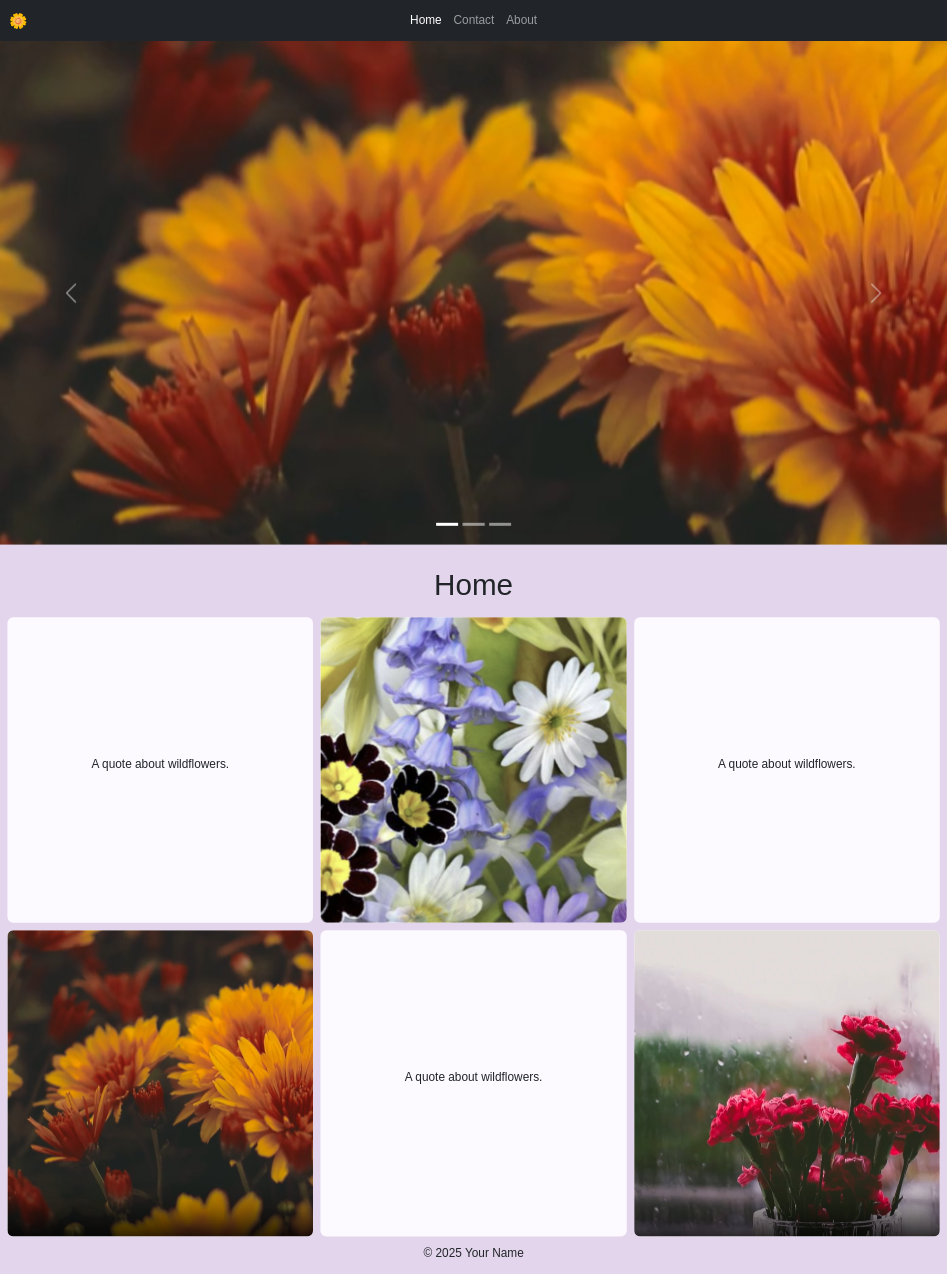
Repository: Brittany-Westlund/WebDesign
Page: FinalProject/index.html
An editor plug-in stored every save of this project. The page is shown before and after the next save, followed by the edit.
The browser window is 1280 px wide. The pictures show the whole page, at 74% of full size.
Some web fonts or font styles are not loaded; a fallback is used.

Above is the page before, as saved 2025-06-16 20:06:57.

After the next save:
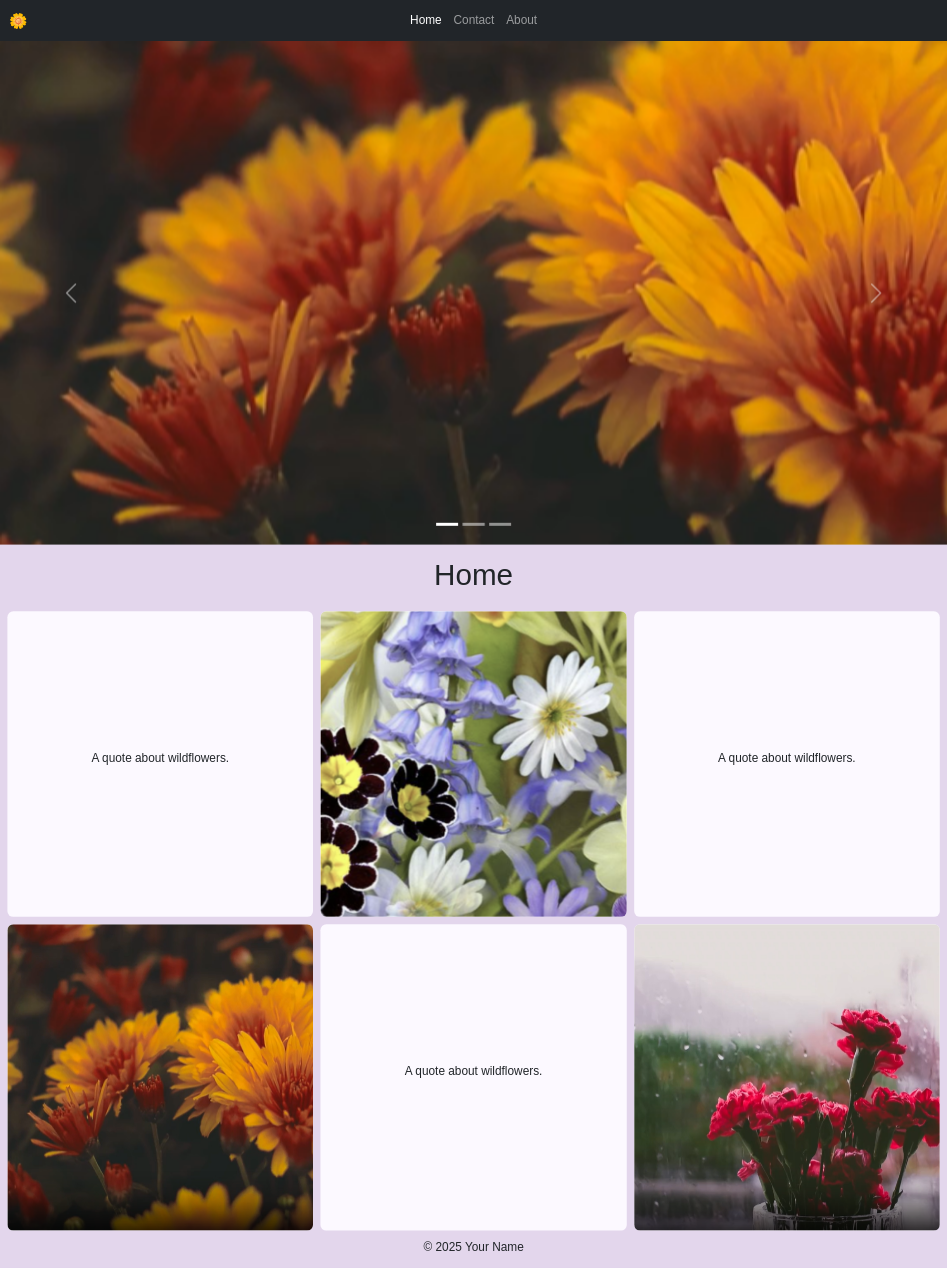
Saved 14 s later.
--- a/FinalProject/style/style.css
+++ b/FinalProject/style/style.css
@@ -23,8 +23,8 @@ body {
 
 header {
   text-align: center;
-  margin-top: 30px;
-  margin-bottom: 10px;
+  margin-top: 1rem;
+  margin-bottom: 1rem;
 }
 
 .gallery {
